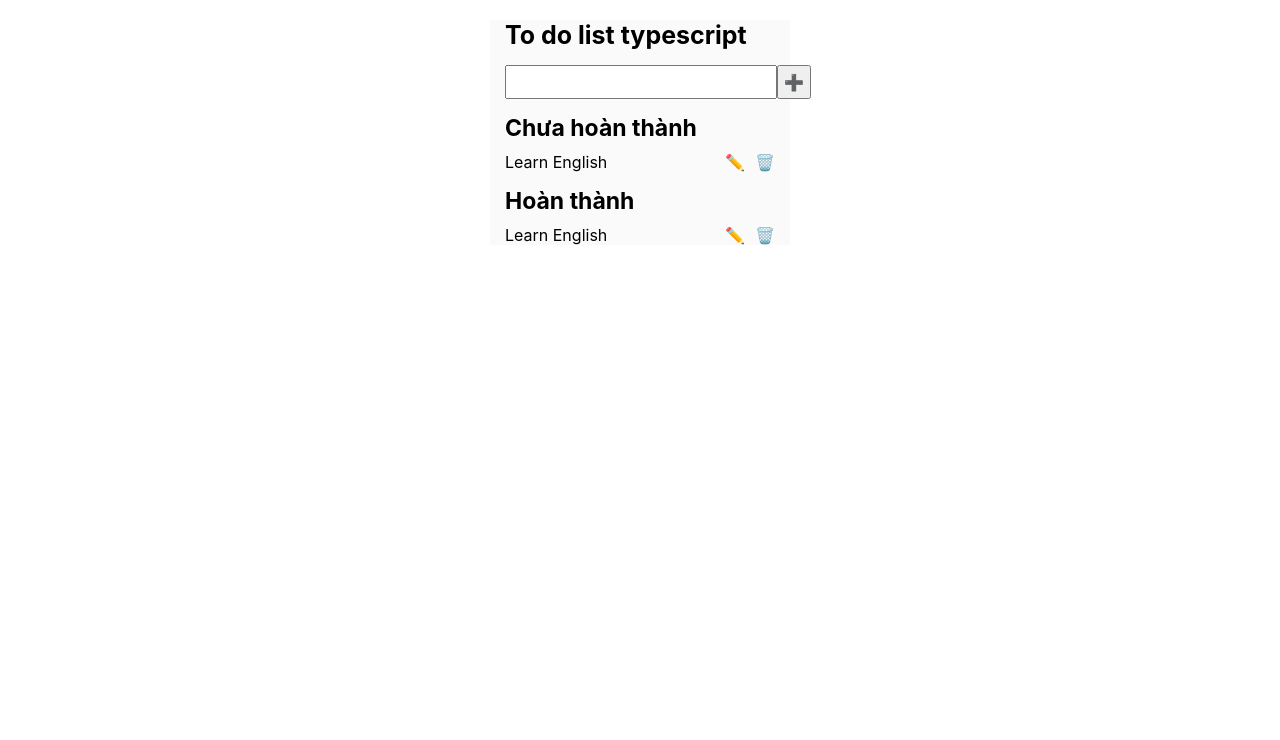
Repository: ChauVanLoc/TodoList-Reactjs
Page: / (app in todo-app/)
These files come from the project's save history. The page is drawn as it stood at one moment and after the next save; the edit follows.
The browser window is 1280 px wide. The pictures show the whole page.
The project was rebuilt for these pictures with package versions that can differ from the ones it lists, and the page was loaded fresh each time.

Above is the page before, as saved 2022-12-04 20:14:52.

### todo-app/src/index.tsx
import React from "react";
import ReactDOM from "react-dom/client";
import TodoList from "./components/TodoList/TodoList";
import "./index.css";
import reportWebVitals from "./reportWebVitals";

const root = ReactDOM.createRoot(
  document.getElementById("root") as HTMLElement
);
root.render(
  <React.StrictMode>
    <TodoList />
  </React.StrictMode>
);

// If you want to start measuring performance in your app, pass a function
// to log results (for example: reportWebVitals(console.log))
// or send to an analytics endpoint. Learn more: https://bit.ly/CRA-vitals
reportWebVitals();

### todo-app/src/components/TodoList/TodoList.tsx
import React from "react";
import TaskInput from "../TaskInput/TaskInput";
import TaskList from "../TaskList/TaskList";
import TodoStyle from "./TodoListStyle.module.scss";

type Props = {};

function TodoList({}: Props) {
  return (
    <div className={TodoStyle["container"]}>
      <div className={TodoStyle["header"]}>To do list typescript</div>
      <TaskInput />
      <div>
        <TaskList title="Chưa hoàn thành" />
        <TaskList title="Hoàn thành" />
      </div>
    </div>
  );
}

export default TodoList;

### todo-app/src/index.css
*,
*:before,
*:after {
  box-sizing: border-box;
}

* {
  margin: 0;
  padding: 0;
  font: inherit;
}

img,
picture,
svg,
video {
  display: block;
  max-width: 100%;
}

body {
  min-height: 100vh;
  margin: 0;
  font-family: -apple-system, BlinkMacSystemFont, 'Segoe UI', 'Roboto', 'Oxygen',
    'Ubuntu', 'Cantarell', 'Fira Sans', 'Droid Sans', 'Helvetica Neue',
    sans-serif;
  -webkit-font-smoothing: antialiased;
  -moz-osx-font-smoothing: grayscale;
}

code {
  font-family: source-code-pro, Menlo, Monaco, Consolas, 'Courier New',
    monospace;
}

### todo-app/src/components/TaskInput/TaskInput.tsx
import React from "react";
import taskInputStyled from "./TaskInputStyle.module.scss";
type Props = {};

function TaskInput({}: Props) {
  return (
    <div className={taskInputStyled["wrapTaskInput"]}>
      <input type="text" name="keySearch" id="" />
      <button>➕</button>
    </div>
  );
}

export default TaskInput;

### todo-app/src/components/TaskList/TaskList.tsx
import React from "react";
import taskListStyled from "./TaskListStyle.module.scss";
type Props = {
  title: string;
  // content;
};

function TaskList({ title }: Props) {
  return (
    <div className={taskListStyled["content"]}>
      <div className={taskListStyled["title"]}>{title}</div>
      <div className={taskListStyled["wrapContent"]}>
        <div className={taskListStyled["row"]}>
          <div>
            <span>Learn English</span>
          </div>
          <div className={taskListStyled["toolBox"]}>
            <span>✏️</span>
            <span>🗑️</span>
          </div>
        </div>
      </div>
    </div>
  );
}

export default TaskList;

### todo-app/src/components/TodoList/TodoListStyle.module.scss
.container {
  width: 300px;
  height: auto;
  margin: 20px auto;
  background-color: #fafafa;
  .header {
    width: 270px;
    font-weight: bold;
    font-size: 25px;
    margin: 0 auto 15px auto;
  }
}

### todo-app/src/components/TaskInput/TaskInputStyle.module.scss
.wrapTaskInput {
  width: 270px;
  height: auto;
  margin-left: auto;
  margin-right: auto;
  display: flex;
  justify-content: space-between;
  input {
    padding: 5px 10px;
    outline: none;
  }
  button {
    padding: 5px;
  }
}

### todo-app/src/components/TaskList/TaskListStyle.module.scss
.content {
  width: 270px;
  height: auto;
  margin: 15px auto 0 auto;
  .title {
    margin-bottom: 10px;
    font-weight: bold;
    font-size: 23px;
  }
  .wrapContent {
    .row {
      display: flex;
      flex-direction: row;
      justify-content: space-between;
    }
    .toolBox {
      span:nth-child(2) {
        margin-left: 10px;
      }
    }
  }
}

Loaded but not shown: todo-app/public/index.html (common file); todo-app/src/reportWebVitals.ts (common file)

After the next save:
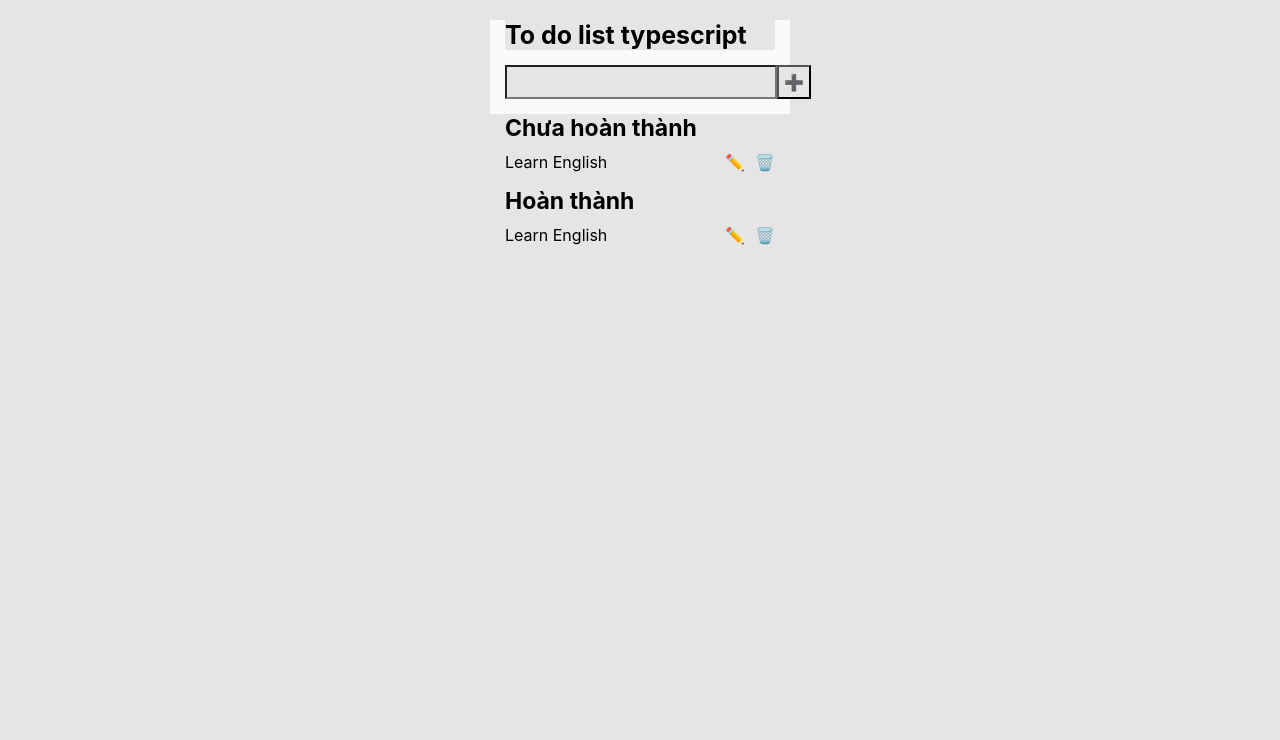
Saved 2 min 7 s later.
--- a/todo-app/src/index.css
+++ b/todo-app/src/index.css
@@ -28,6 +28,10 @@ body {
   -moz-osx-font-smoothing: grayscale;
 }
 
+* {
+  background-color: #E5E5E5;
+}
+
 code {
   font-family: source-code-pro, Menlo, Monaco, Consolas, 'Courier New',
     monospace;
